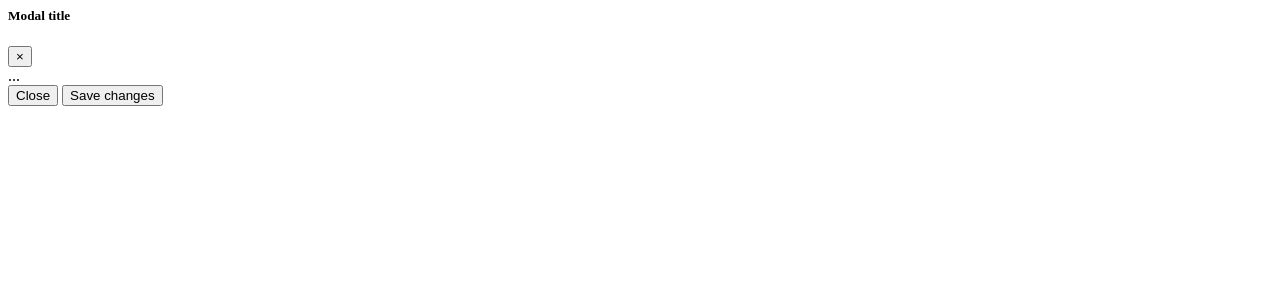
Repository: neerajchavan/E-Commerce-Project
Page: http://localhost/E-Commerce-Project/Components/Common_Modals.jsp
An editor plug-in stored every save of this project. The page is shown before and after the next save, followed by the edit.
The browser window is 1280 px wide. The pictures show the whole page.
The page is served by Tomcat 9.

Above is the page before, as saved 2020-10-21 05:58:45.

After the next save:
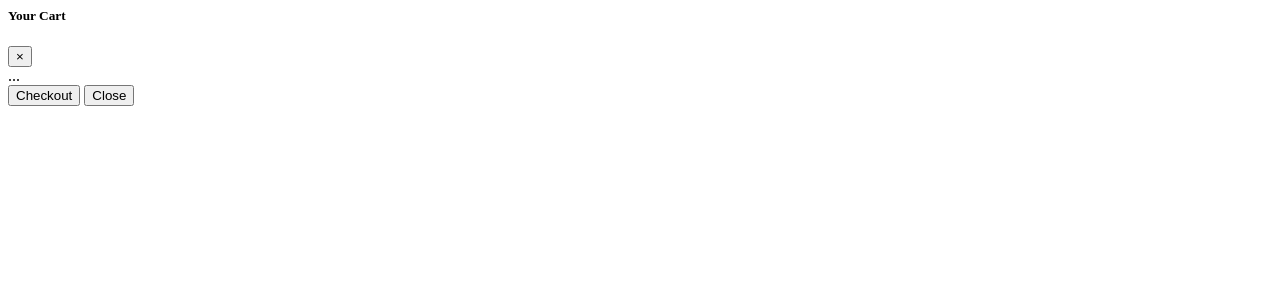
Saved 45 s later.
--- a/E-Commerce-Project/WebContent/Components/Common_Modals.jsp
+++ b/E-Commerce-Project/WebContent/Components/Common_Modals.jsp
@@ -4,7 +4,7 @@
   <div class="modal-dialog">
     <div class="modal-content">
       <div class="modal-header">
-        <h5 class="modal-title" id="exampleModalLabel">Modal title</h5>
+        <h5 class="modal-title" id="exampleModalLabel">Your Cart</h5>
         <button type="button" class="close" data-dismiss="modal" aria-label="Close">
           <span aria-hidden="true">&times;</span>
         </button>
@@ -13,8 +13,8 @@
         ...
       </div>
       <div class="modal-footer">
-        <button type="button" class="btn btn-secondary" data-dismiss="modal">Close</button>
-        <button type="button" class="btn btn-primary">Save changes</button>
+        <button type="button" class="btn btn-secondary" data-dismiss="modal">Checkout</button>
+        <button type="button" class="btn btn-primary">Close</button>
       </div>
     </div>
   </div>
